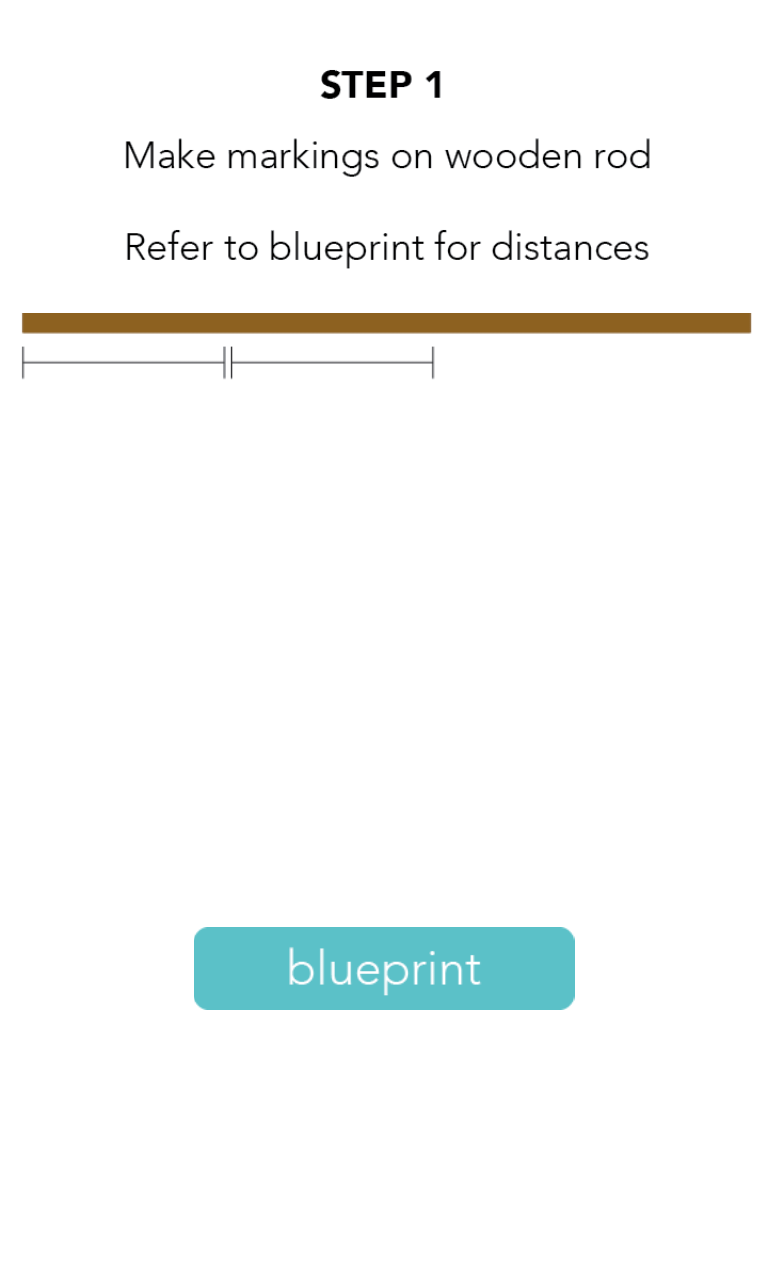
Repository: sbobhate/Android-Applications
Layout: EWBProject/res/layout/fragment_page2.xml
These files come from the project's save history. The layout is drawn as it stood at one moment and after the next save; the edit follows.
It is drawn on a 768 x 1280 px phone screen (xhdpi) without system bars, with theme AppTheme; the app's code is not run.

Above is the layout before, as saved 2014-02-22 02:03:45.

After the next save:
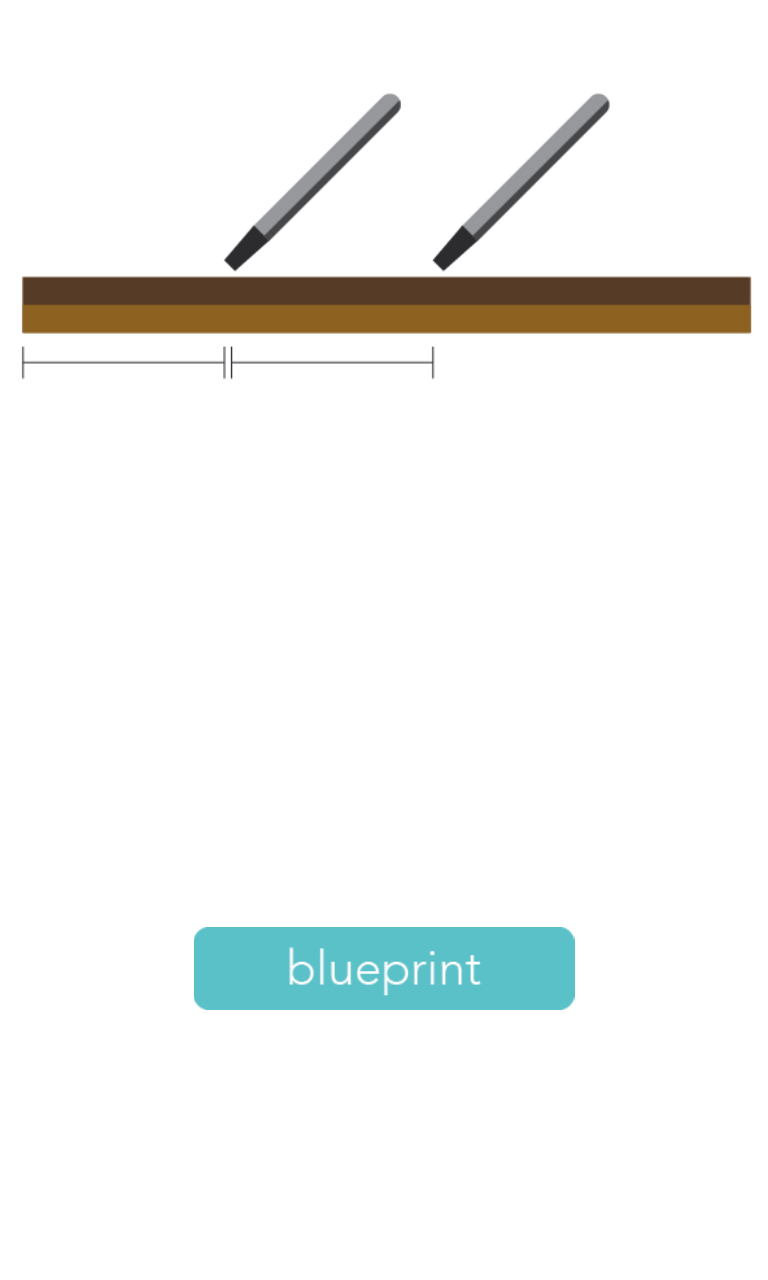
Saved 41 s later.
--- a/EWBProject/res/layout/fragment_page2.xml
+++ b/EWBProject/res/layout/fragment_page2.xml
@@ -2,6 +2,13 @@
 <RelativeLayout xmlns:android="http://schemas.android.com/apk/res/android"
     android:layout_width="match_parent"
     android:layout_height="match_parent" >
+
+    <ImageView
+        android:id="@+id/step1Tutorial"
+        android:layout_width="fill_parent"
+        android:layout_height="wrap_content"
+        android:contentDescription="@string/step1_tutorial"
+        android:src="@drawable/step1tutorial" />
 
     <ImageView
         android:id="@+id/step1"
@@ -11,15 +18,6 @@
         android:layout_height="wrap_content"
         android:layout_marginTop="25dp"
         />
-
-    <ImageView
-        android:id="@+id/step1Tutorial"
-        android:layout_width="fill_parent"
-        android:layout_height="wrap_content"
-        android:layout_alignParentLeft="true"
-        android:layout_alignParentTop="true"
-        android:contentDescription="@string/step1_tutorial"
-        android:src="@drawable/step1tutorial" />
 
     <ImageView
         android:id="@+id/blueprint"
